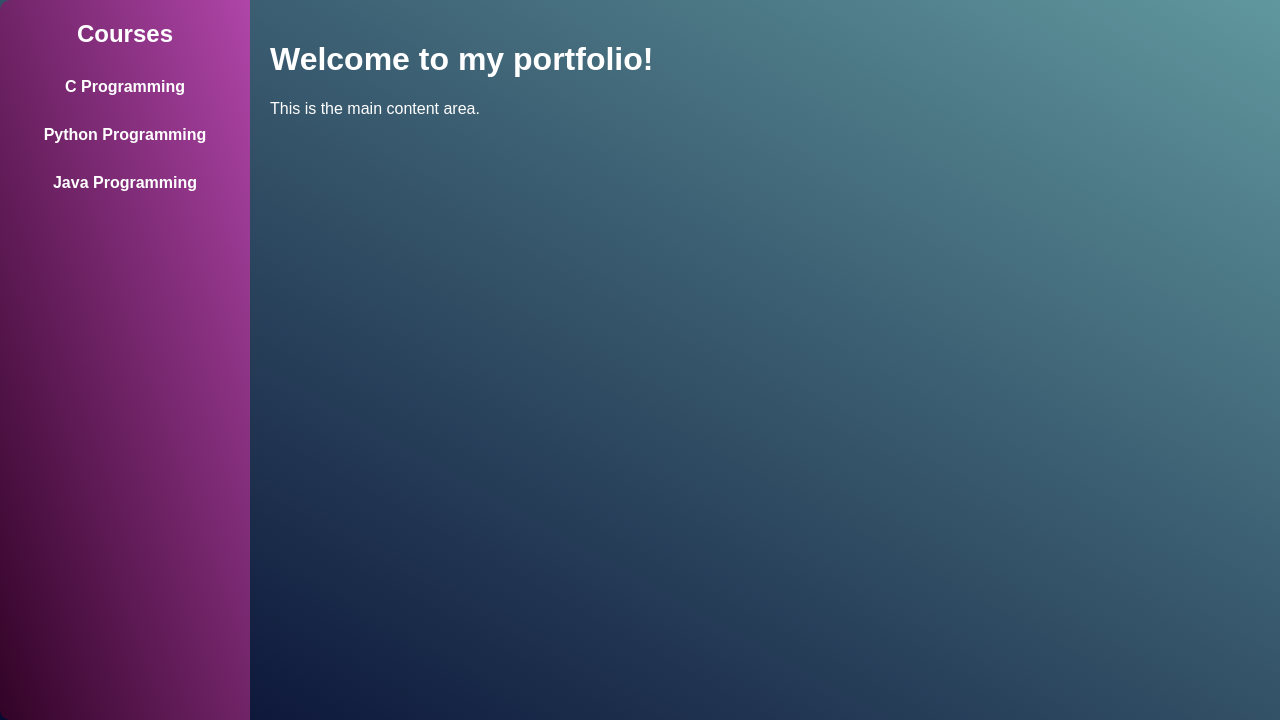
Repository: RishitSharma88/SeaGro
Page: templates/learningcourses.html
The author's editor kept a copy of each file at every save. The page is drawn from the files as they stood at one save, then again after the next save.
The browser window is 1280 px wide. The pictures show the whole page.
The template is drawn by Flask 3. The application's start-up code is not run. The template is opened directly, without the code that normally fills it, so the values that code supplies are empty.

Above is the page before, as saved 2024-12-28 13:40:28.

After the next save:
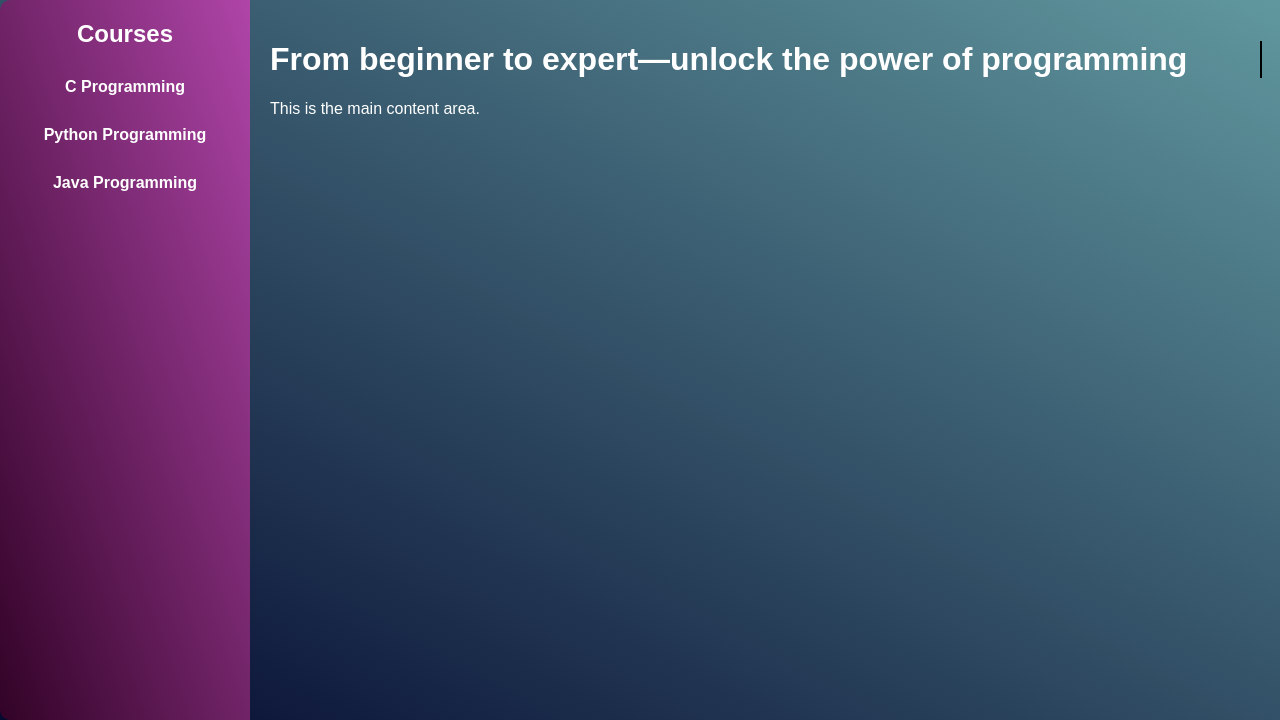
Saved 94 s later.
--- a/templates/learningcourses.html
+++ b/templates/learningcourses.html
@@ -132,22 +132,7 @@
     <!-- <button class="toggle-btn">&#9664;</button> -->
 
     <div class="main-content">
-        <h1 id="typing"></h1>
-
-    <script>
-        const text = "Welcome to my portfolio!";
-        let i = 0;
-
-        function typeWriter() {
-            if (i < text.length) {
-                document.getElementById("typing").innerHTML += text.charAt(i);
-                i++;
-                setTimeout(typeWriter, 100);
-            }
-        }
-
-        typeWriter();
-        </script>
+        <h1 class="typing">From beginner to expert—unlock the power of programming</h1>
         <p>This is the main content area.</p>
     </div>
 
